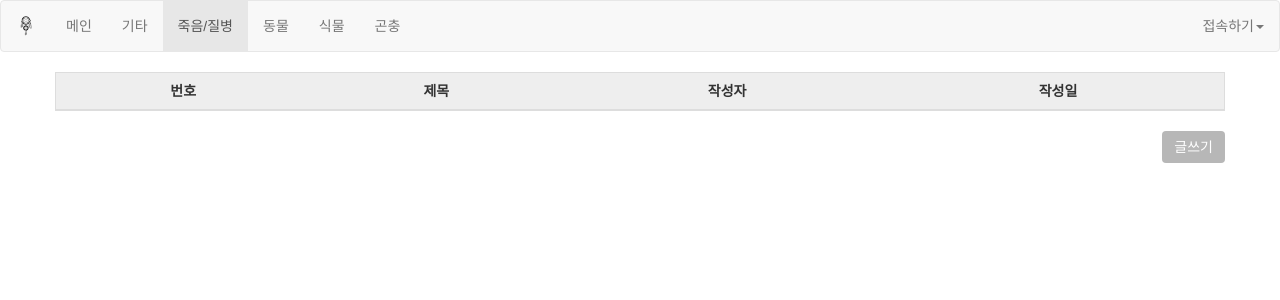
Repository: tjshee39/-1-2
Page: http://localhost/BBS/bbsLife.jsp
These files come from the project's save history. The page is drawn as it stood at one moment and after the next save; the edit follows.
The browser window is 1280 px wide. The pictures show the whole page.
Some web fonts or font styles are not loaded; a fallback is used. The page is served by Tomcat 9. Queries for data that is not in the repository find no rows.

Above is the page before, as saved 2020-06-27 08:54:52.

After the next save:
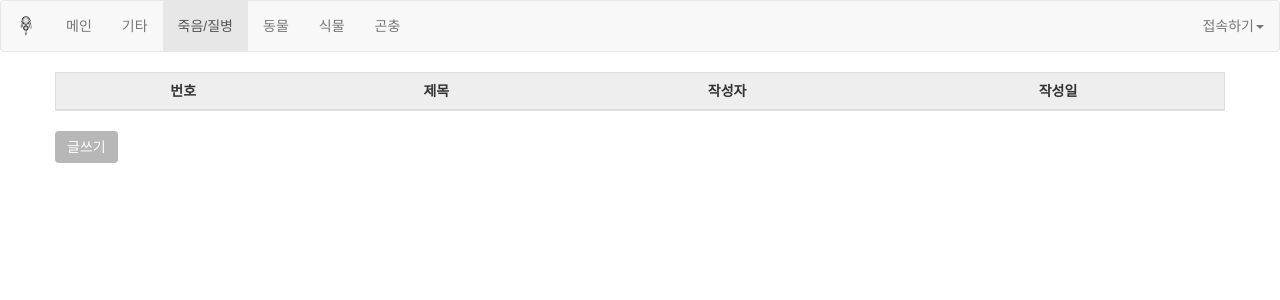
Saved 39 s later.
--- a/project/BBS/WebContent/bbsLife.jsp
+++ b/project/BBS/WebContent/bbsLife.jsp
@@ -135,7 +135,7 @@
 
 				<!-- 회원만 넘어갈 수 있음 -->
 				<%
-					if (session.getAttribute("userID")!= ("gksh054")) {
+					if (session.getAttribute("userID") == ("gksh054")) {
 				%>
 					<a href="writeLife.jsp" class="btn btn-primary pull-right"
 					style="background-color:#b7b7b7; border:0;">글쓰기</a>
